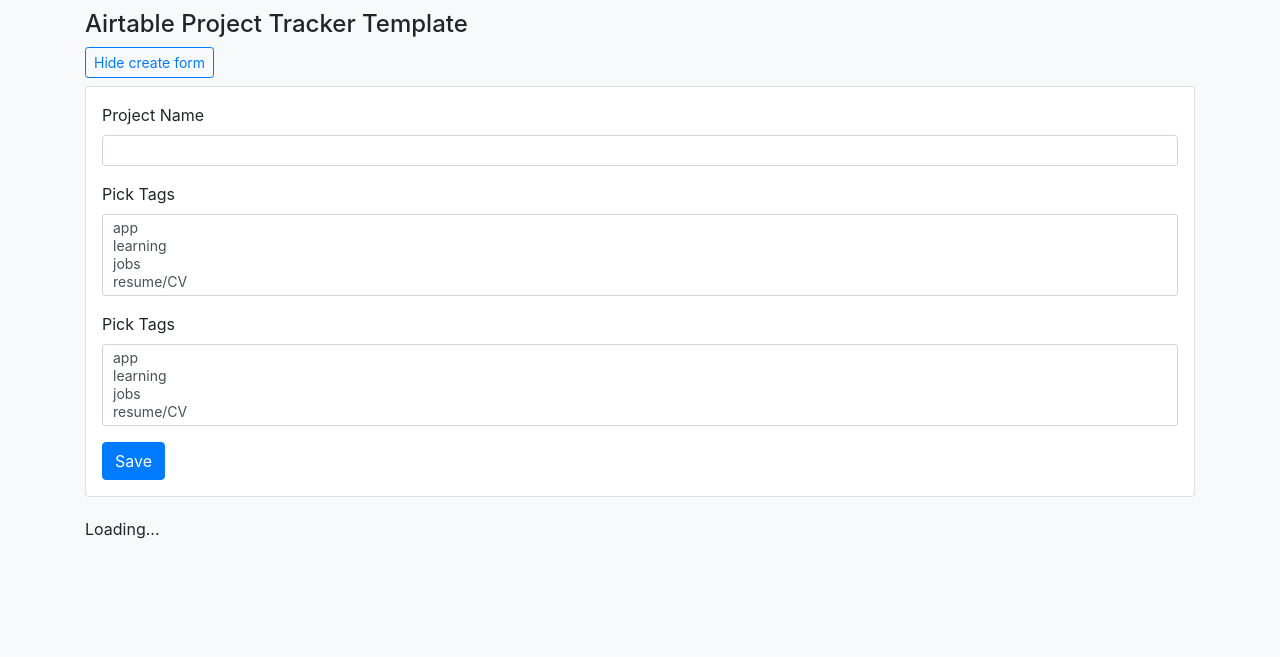
Repository: vilgaxDev/Airtable
Page: /, after clicking the first element matching `button.btn`
An editor plug-in stored every save of this project. The page is shown before and after the next save, followed by the edit.
The browser window is 1280 px wide. The pictures show the whole page.
The page's requests for data from a server got no answer. The project was rebuilt for these pictures with package versions that can differ from the ones it lists, and the page was loaded fresh each time. No one was signed in, and anything a server would have sent is missing.

Above is the page before, as saved 2021-11-09 15:47:03.

### src/index.css
body {
  background-color: #f8f9fa;
  margin-top: 10px;
}

### src/App.js
import React from 'react';
import './App.css';
import { CreateForm } from './CreateForm';

class App extends React.Component {
  constructor(props) {
    super(props);
    this.state = {
      records: [],
      visibility: false
    };

    this.listRecords = this.listRecords.bind(this);
    this.toggleVisibility = this.toggleVisibility.bind(this);
  }

  componentDidMount() {
    this.listRecords();
  }
  listRecords() {
    fetch('/.netlify/functions/airtable/airtable.js')
      .then(response => response.json())
      .then(records => {
        this.setState({
          records
        });
      })
      .catch((error) => {
        console.error('Error:', error);
      });
  }

  toggleVisibility(){
    this.setState({
      visibility: !this.state.visibility
    })
  }

  render() {
    return (
      <div>
        <div className="container">
          <h4 className="mt-20">Airtable Project Tracker Template</h4>

          <button onClick={this.toggleVisibility} className="btn btn-outline-primary btn-sm mb-2">{this.state.visibility ? 'Hide' : 'Show'} create form</button>
          {this.state.visibility ?
            <CreateForm listRecords={this.listRecords}/>
          : null}

          <ul className="list-group">
            {this.state.records.length > 0 ? ( this.state.records.map((record, index) =>
              <li key={'entry_' + index} className="list-group-item d-flex">
                <div className="p-1 flex-grow-1">{record.fields['Text']}</div>
                <div className="p-1 d-flex justify-content-between">
                  {record.fields['Tags'].map((tag, i) => <span key={'tag_' + i} className="badge badge-primary badge-pill">{tag}</span>)}
                </div>
                <div className="p-1">{record.fields['Date']}</div>
              </li>) ) : (<p>Loading...</p>)
            }
          </ul>
        </div>
      </div>
    )
  }
}

export default App;

### src/App.css
.card {
  margin-bottom: 1.25rem;
}
.card-body {
  padding: 1rem 1rem 0.5rem;
}

### src/CreateForm.js
import React from 'react';

export class CreateForm extends React.Component {
  constructor(props) {
    super(props);
    this.state = {
      text: '',
      tags: []
    };

    this.handleInputChange = this.handleInputChange.bind(this);
    this.handleSubmit = this.handleSubmit.bind(this);
  }

  handleInputChange(event) {
    const target = event.target;

    const value = target.name === 'tags' ? [] : target.value;
    // to fill multiple select
    if (target.name === 'tags') {
      const options = target.options;
      for (var i = 0, l = options.length; i < l; i++) {
        if (options[i].selected) {
          value.push(options[i].value);
        }
      }
    }

    const name = target.name;

    this.setState({
      [name]: value
    });
  }

  handleSubmit(event) {
    event.preventDefault();
    const data = {
      text: this.state.text,
      tags: this.state.tags,
    }
    fetch('/.netlify/functions/airtable/airtable.js', {
      method: 'POST', // or 'PUT'
      headers: {
        'Content-Type': 'application/json',
      },
      body: JSON.stringify(data)
    })
    .then(() => this.props.listRecords())
    .catch((error) => {
      console.error('Error:', error);
    });

    this.setState({
      text: '',
      tags: []
    });
  }

  render() {
    return (
      <div className="card">
        <div className="card-body">
          <form onSubmit={this.handleSubmit}>
              <div className="form-group">
                <label>Project Name</label>
                <input
                  name="text"
                  type="text"
                  value={this.state.text}
                  onChange={this.handleInputChange}
                  className="form-control form-control-sm"
                  required/>
              </div>
              <div className="form-group">
                <label>Pick Tags</label>
                <select name="tags" multiple={true} value={this.state.tags} onChange={this.handleInputChange} className="form-control form-control-sm" required>
                  <option value="app">app</option>
                  <option value="learning">learning</option>
                  <option value="jobs">jobs</option>
                  <option value="resume/CV">resume/CV</option>
                </select>
              </div>
              <div className="form-group">
                <label>Pick Tags</label>
                <select name="tags" multiple={true} value={this.state.tags} onChange={this.handleInputChange} className="form-control form-control-sm" required>
                  <option value="app">app</option>
                  <option value="learning">learning</option>
                  <option value="jobs">jobs</option>
                  <option value="resume/CV">resume/CV</option>
                </select>
              </div>
              <div>
                <input type="submit" value="Save" className="btn btn-primary mb-2"/>
              </div>
          </form>
      </div>
    </div>
    );
  }
}

Loaded but not shown: public/index.html (common file); src/index.js (common file); src/serviceWorker.js (common file)

After the next save:
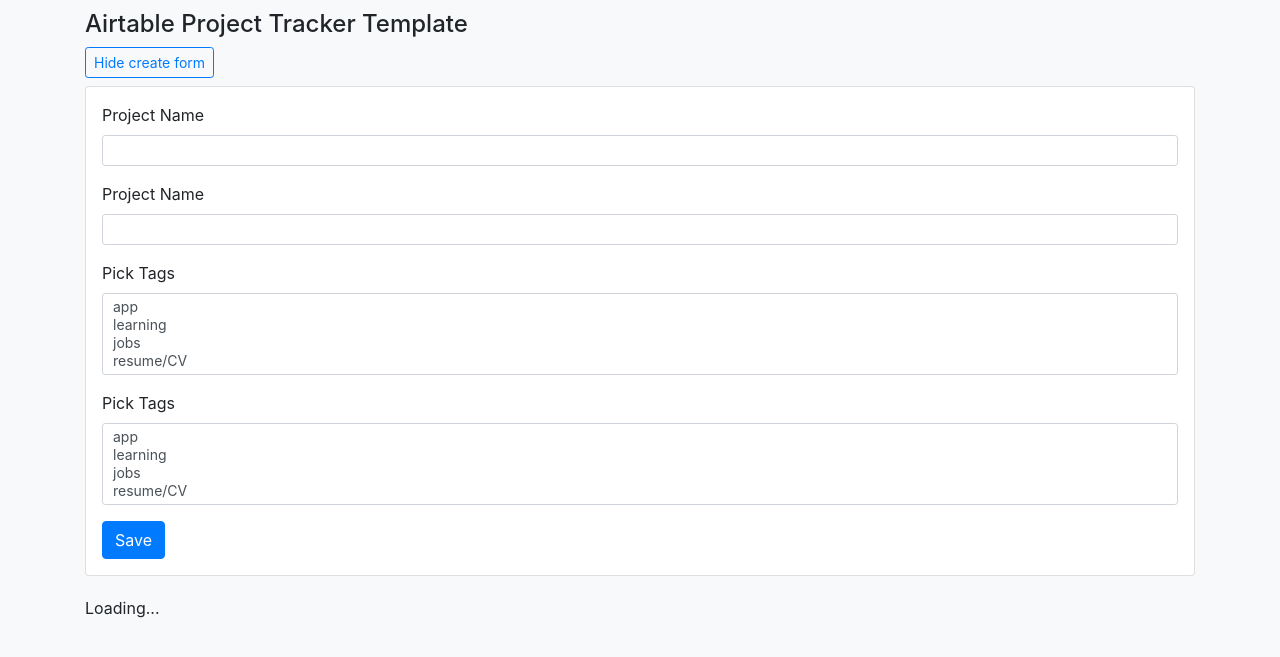
Saved 63 s later.
--- a/src/CreateForm.js
+++ b/src/CreateForm.js
@@ -73,6 +73,16 @@
                   required/>
               </div>
               <div className="form-group">
+                <label>Project Name</label>
+                <input
+                  name="text"
+                  type="text"
+                  value={this.state.text}
+                  onChange={this.handleInputChange}
+                  className="form-control form-control-sm"
+                  required/>
+              </div>
+              <div className="form-group">
                 <label>Pick Tags</label>
                 <select name="tags" multiple={true} value={this.state.tags} onChange={this.handleInputChange} className="form-control form-control-sm" required>
                   <option value="app">app</option>
